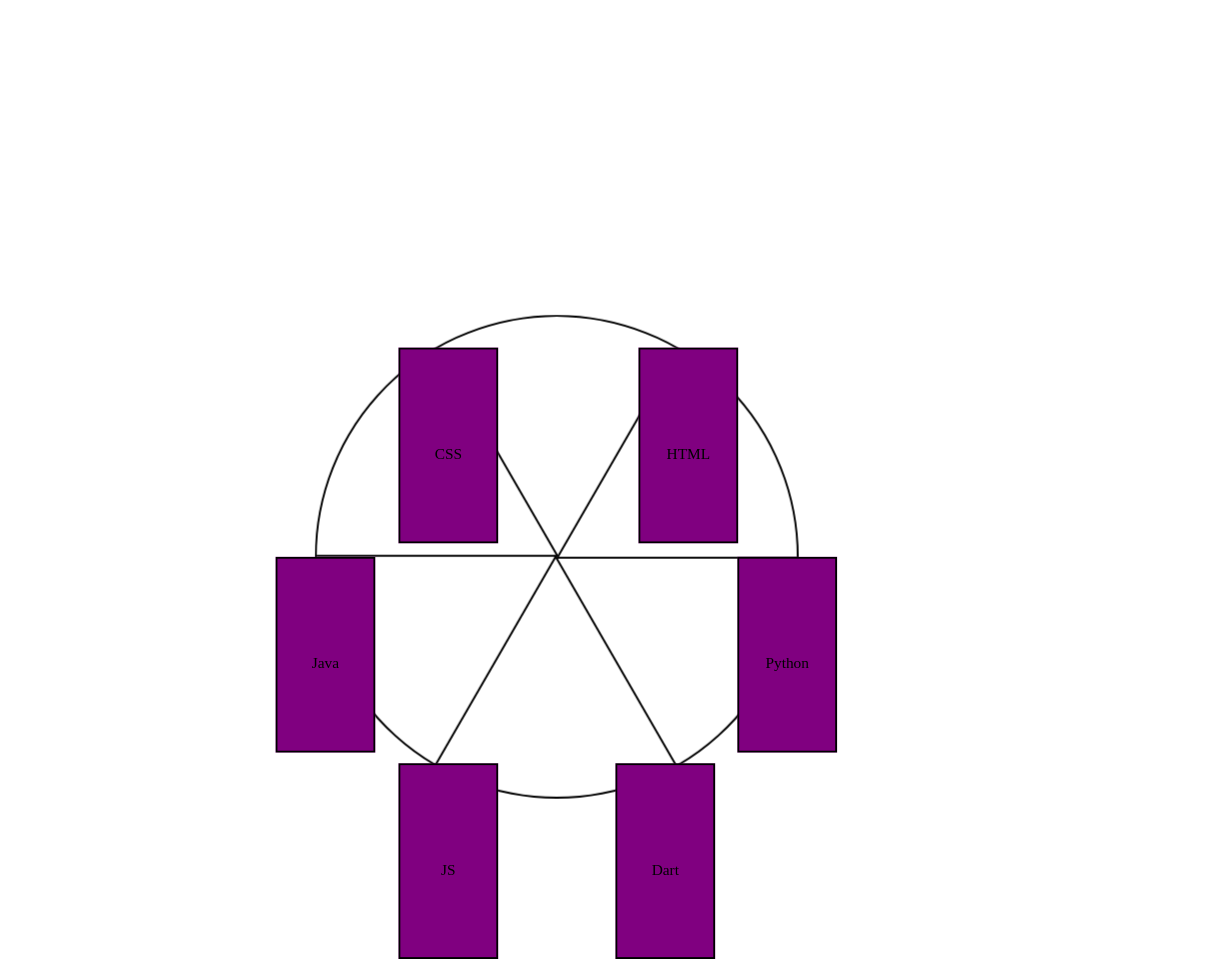
Repository: Lungdjos/ferris_wheel
Page: index.html
The author's editor kept a copy of each file at every save. The page is drawn from the files as they stood at one save, then again after the next save.
The browser window is 1280 px wide. The pictures show the whole page, at 96% of full size.

Above is the page before, as saved 2024-01-12 11:09:27.

### index.html
<!DOCTYPE html>
<html lang="en">

<head>
    <meta charset="UTF-8">
    <meta name="viewport" content="width=device-width, initial-scale=1.0">
    <title>Ferris Wheel</title>
    <link rel="stylesheet" href="./styles.css">
</head>

<body>
    <div class="wheel">
        <span class="line"></span>
        <span class="line"></span>
        <span class="line"></span>
        <span class="line"></span>
        <span class="line"></span>
        <span class="line"></span>
        <div class="cabin">Java</div>
        <div class="cabin">CSS</div>
        <div class="cabin">HTML</div>
        <div class="cabin">Python</div>
        <div class="cabin">Dart</div>
        <div class="cabin">JS</div>
    </div>

</body>

</html>

### styles.css
    body {
        /* align-items: center; */
        justify-content: center;
    }
    /* styling for the wheel */

    .wheel {
        border: 2px solid black;
        border-radius: 50%;
        margin: 25%;
        position: absolute;
        height: 55vw;
        width: 55vw;
        max-width: 500px;
        max-height: 500px;
        animation-name: wheel;
        animation-duration: 10s;
        animation-iteration-count: infinite;
        animation-timing-function: linear;
    }
    /* styling for the line */

    .line {
        background-color: black;
        height: 2px;
        width: 50%;
        top: 50%;
        left: 50%;
        position: absolute;
        transform-origin: 0% 0%;
    }

    .line:nth-of-type(2) {
        transform: rotate(60deg);
    }

    .line:nth-of-type(3) {
        transform: rotate(120deg);
    }

    .line:nth-of-type(4) {
        transform: rotate(180deg);
    }

    .line:nth-of-type(5) {
        transform: rotate(240deg);
    }

    .line:nth-of-type(6) {
        transform: rotate(-60deg);
    }
    /* styling for the cabin */

    .cabin {
        background-color: red;
        width: 20%;
        height: 20%;
        border: 2px solid;
        position: absolute;
        transform-origin: 50% 0%;
        animation: cabins 10s ease-in-out infinite;
        text-align: center;
        align-items: center;
        padding-top: 20%;
    }

    .cabin:nth-of-type(1) {
        right: -8.5%;
        top: 50%;
    }

    .cabin:nth-of-type(2) {
        right: 17%;
        top: 93.5%;
        background-color: orangered;
    }

    .cabin:nth-of-type(3) {
        right: 67%;
        top: 93.5%;
        background-color: orange;
    }

    .cabin:nth-of-type(4) {
        left: -8.5%;
        top: 50%;
        background-color: blueviolet;
    }

    .cabin:nth-of-type(5) {
        left: 17%;
        top: 7%;
        background-color: plum;
    }

    .cabin:nth-of-type(6) {
        right: 17%;
        top: 7%;
        background-color: purple;
    }
    /* animation styling */
    /* animation for the wheel */

    @keyframes wheel {
        0% {
            transform: rotate(0deg);
        }
        100% {
            transform: rotate(360deg);
        }
    }
    /* animation for the cabins */

    @keyframes cabins {
        0% {
            transform: rotate(0deg);
        }
        25% {
            background-color: yellowgreen;
        }
        50% {
            background-color: purple;
        }
        75% {
            background-color: brown;
        }
        100% {
            transform: rotate(-360deg);
        }
    }

After the next save:
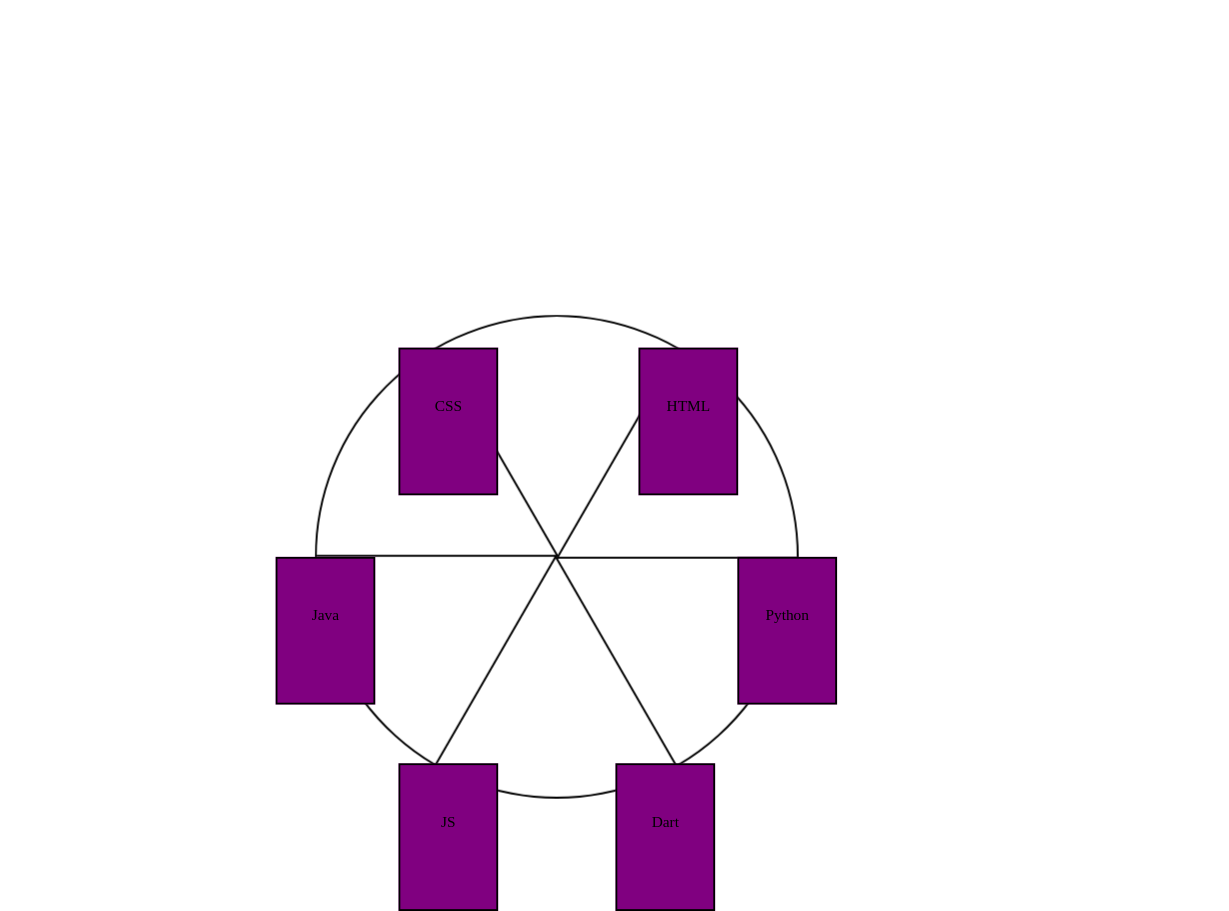
Saved 34 s later.
--- a/styles.css
+++ b/styles.css
@@ -61,7 +61,7 @@
         animation: cabins 10s ease-in-out infinite;
         text-align: center;
         align-items: center;
-        padding-top: 20%;
+        padding-top: 10%;
     }
 
     .cabin:nth-of-type(1) {
